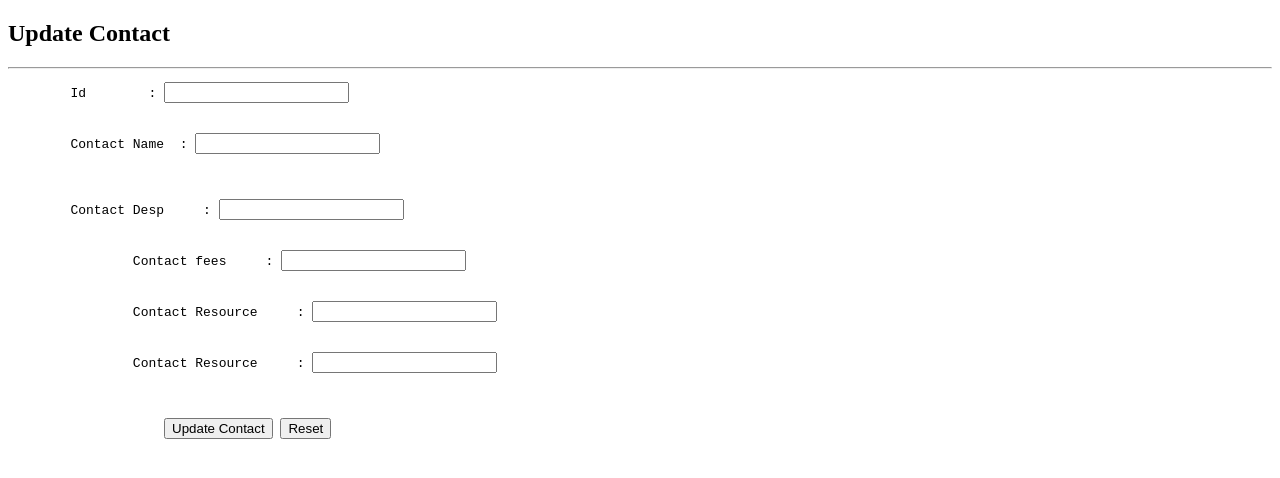
Repository: rathorea439/eLearning
Page: http://localhost/eLearing-springMVC/WEB-INF/views/update-contact.jsp
These files come from the project's save history. The page is drawn as it stood at one moment and after the next save; the edit follows.
The browser window is 1280 px wide. The pictures show the whole page.
The page is served by Tomcat 9. Nobody is signed in. Other server files are loaded and not shown. The template is opened directly, without the code that normally fills it, so the values that code supplies are empty.

Above is the page before, as saved 2021-07-26 16:58:27.

### eLearing-springMVC/src/main/webapp/WEB-INF/views/update-contact.jsp
<%@ page language="java" contentType="text/html; charset=ISO-8859-1"
	pageEncoding="ISO-8859-1"%>
<%@ taglib uri="http://java.sun.com/jsp/jstl/core" prefix="c"%>
<%@ taglib uri="http://www.springframework.org/tags/form" prefix="form"%>
<%@ page isELIgnored="false" %>

<!DOCTYPE html>
<html>
<head>
<meta charset="ISO-8859-1">
<title>Update Contact Form</title>
</head>
<body>
	<h2>Update Contact</h2>
	<hr>
	<c:url var="updateUrl" value="/update-contact"></c:url>
	<form:form action="${updateUrl }" method="post" modelAttribute="contact">
		<pre>
        Id        : <form:input path="user_id" readonly="true" />
			<br>
        Contact Name  : <form:input path="name" />
			<br>

        Contact Desp     : <form:input path="email" />
			<br>
		Contact fees     : <form:input path="phone_no" />
			<br>
		Contact Resource     : <form:input path="message" />
			<br>
		Contact Resource     : <form:input path="contact_id" readonly="true" />
			<br>

                    <input type="submit" value="Update Contact" /> <input
				type="reset" value="Reset" />
        </pre>
	</form:form>
</body>
</html>

After the next save:
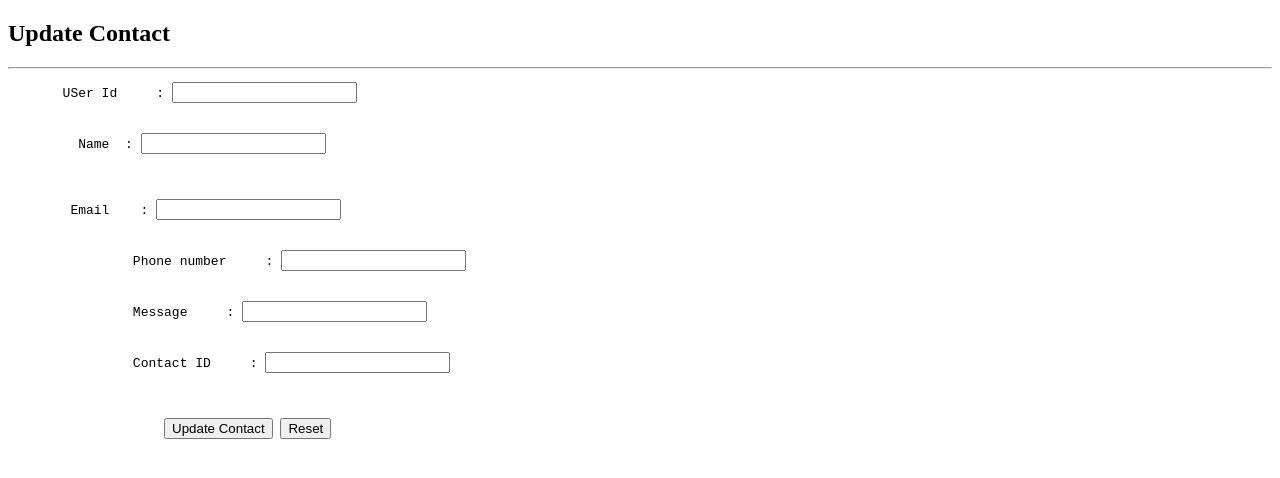
Saved 41 s later.
--- a/eLearing-springMVC/src/main/webapp/WEB-INF/views/update-contact.jsp
+++ b/eLearing-springMVC/src/main/webapp/WEB-INF/views/update-contact.jsp
@@ -16,18 +16,18 @@
 	<c:url var="updateUrl" value="/update-contact"></c:url>
 	<form:form action="${updateUrl }" method="post" modelAttribute="contact">
 		<pre>
-        Id        : <form:input path="user_id" readonly="true" />
+       USer Id     : <form:input path="user_id" readonly="true" />
 			<br>
-        Contact Name  : <form:input path="name" />
+         Name  : <form:input path="name" />
 			<br>
 
-        Contact Desp     : <form:input path="email" />
+        Email    : <form:input path="email" />
 			<br>
-		Contact fees     : <form:input path="phone_no" />
+		Phone number     : <form:input path="phone_no" />
 			<br>
-		Contact Resource     : <form:input path="message" />
+		Message     : <form:input path="message" />
 			<br>
-		Contact Resource     : <form:input path="contact_id" readonly="true" />
+		Contact ID     : <form:input path="contact_id" readonly="true" />
 			<br>
 
                     <input type="submit" value="Update Contact" /> <input
